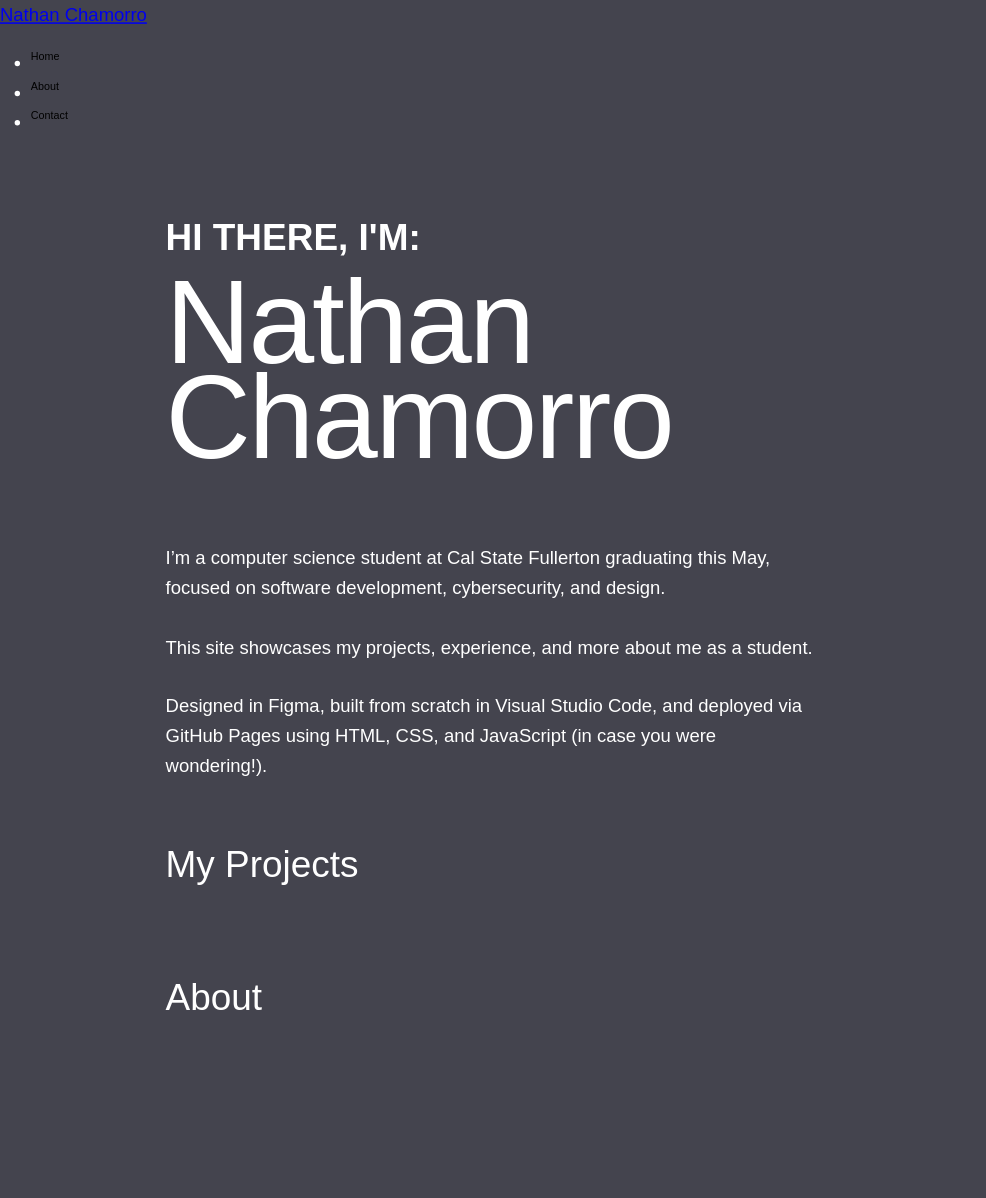
Repository: nathanchamorro1/nathanchamorro1.github.io
Page: index.html
The author's editor kept a copy of each file at every save. The page is drawn from the files as they stood at one save, then again after the next save.
The browser window is 1280 px wide. The pictures show the whole page, at 77% of full size.
Some web fonts or font styles are not loaded; a fallback is used.

Above is the page before, as saved 2026-02-17 21:18:26.

After the next save:
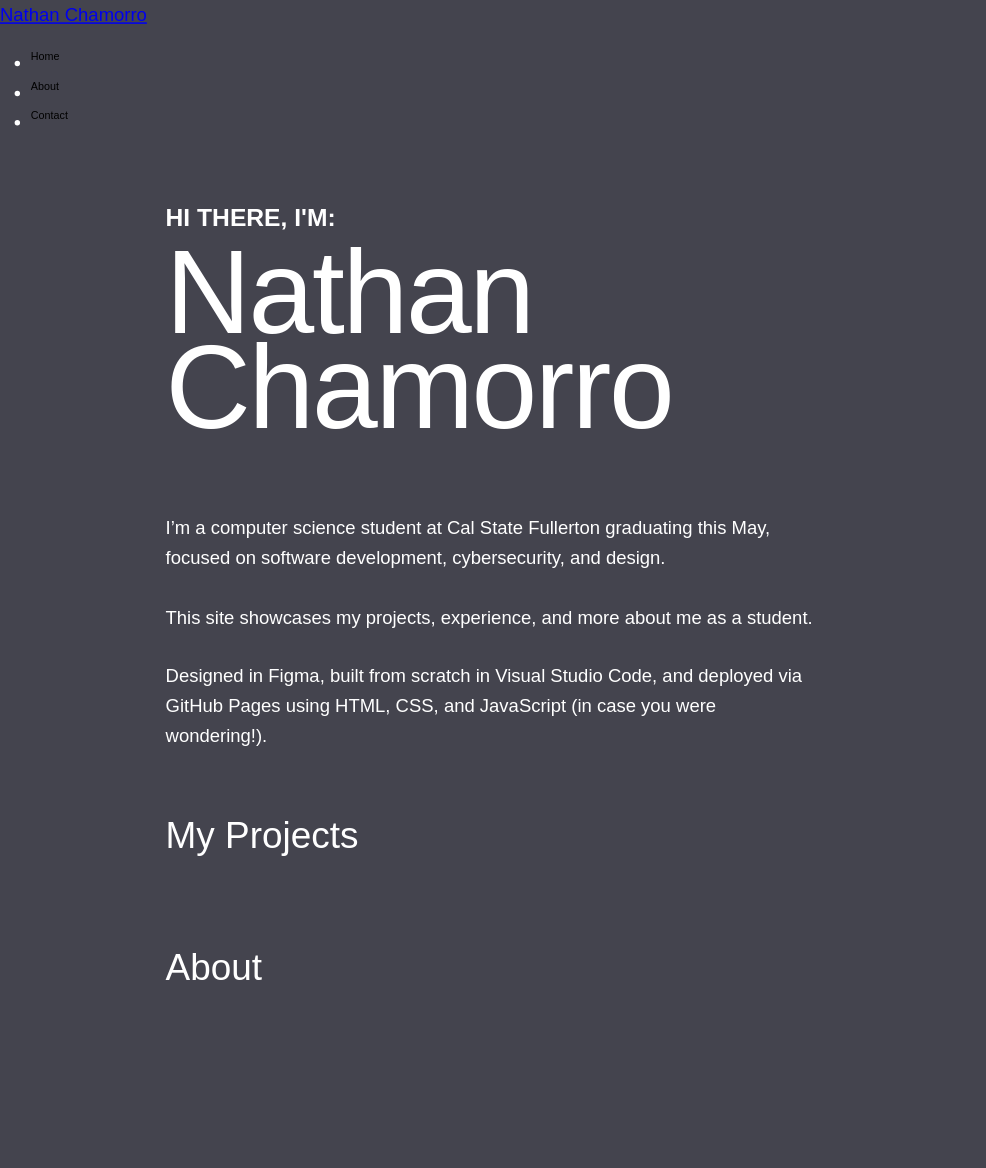
Saved 44 s later.
--- a/css/style.css
+++ b/css/style.css
@@ -47,7 +47,7 @@ h2 {
     font-family: "museo-sans", sans-serif;
     font-weight: 900;
     font-variation-settings: "wght" 400;
-    font-size: 3rem;
+    font-size: 2rem;
     opacity: 0.8;
     margin-bottom: 10px;
 }
